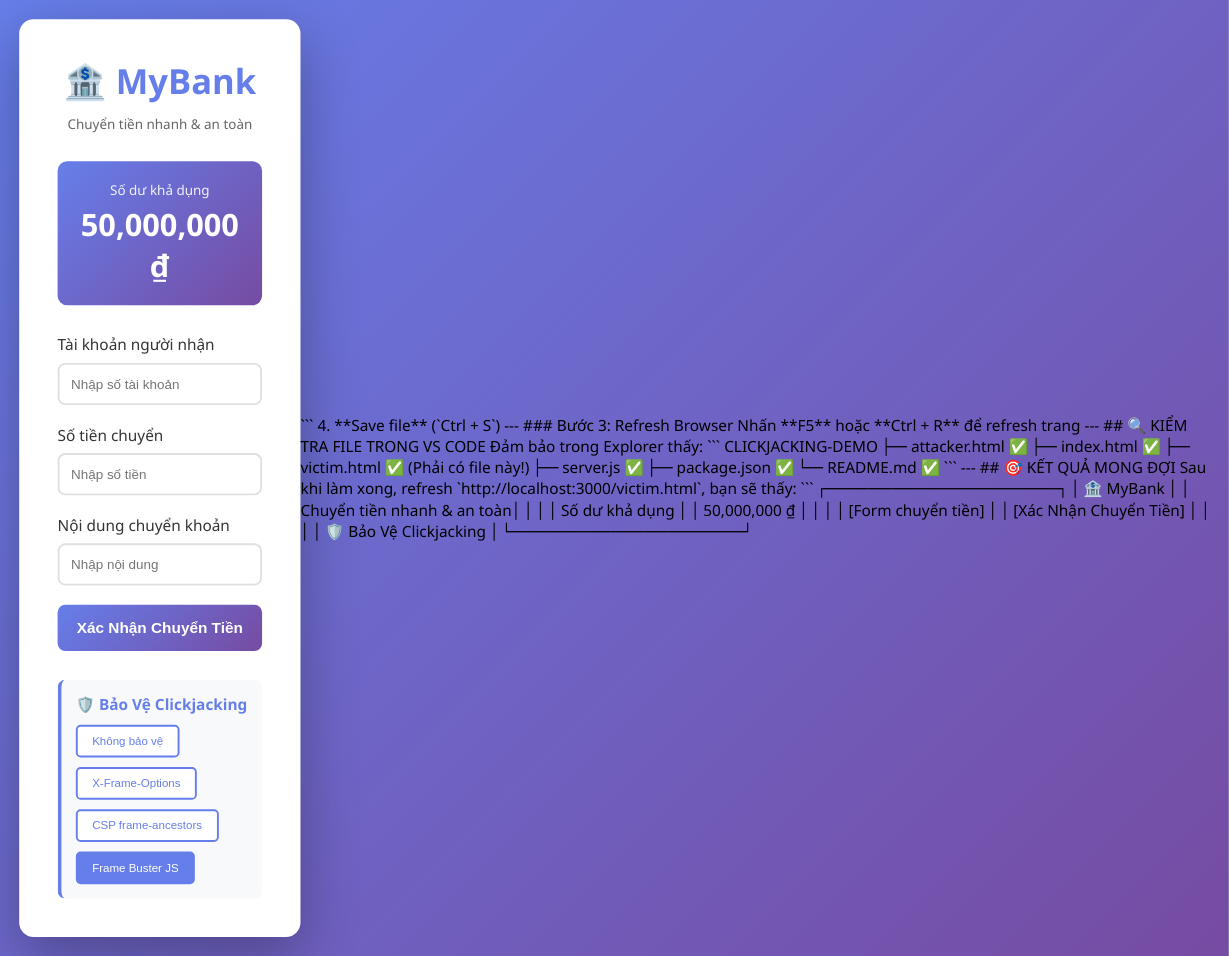
Repository: Thu-art/clickjacking
Page: victim.html
These files come from the project's save history. The page is drawn as it stood at one moment and after the next save; the edit follows.
The browser window is 1280 px wide. The pictures show the whole page, at 96% of full size.

Above is the page before, as saved 2025-11-04 15:47:20.

After the next save:
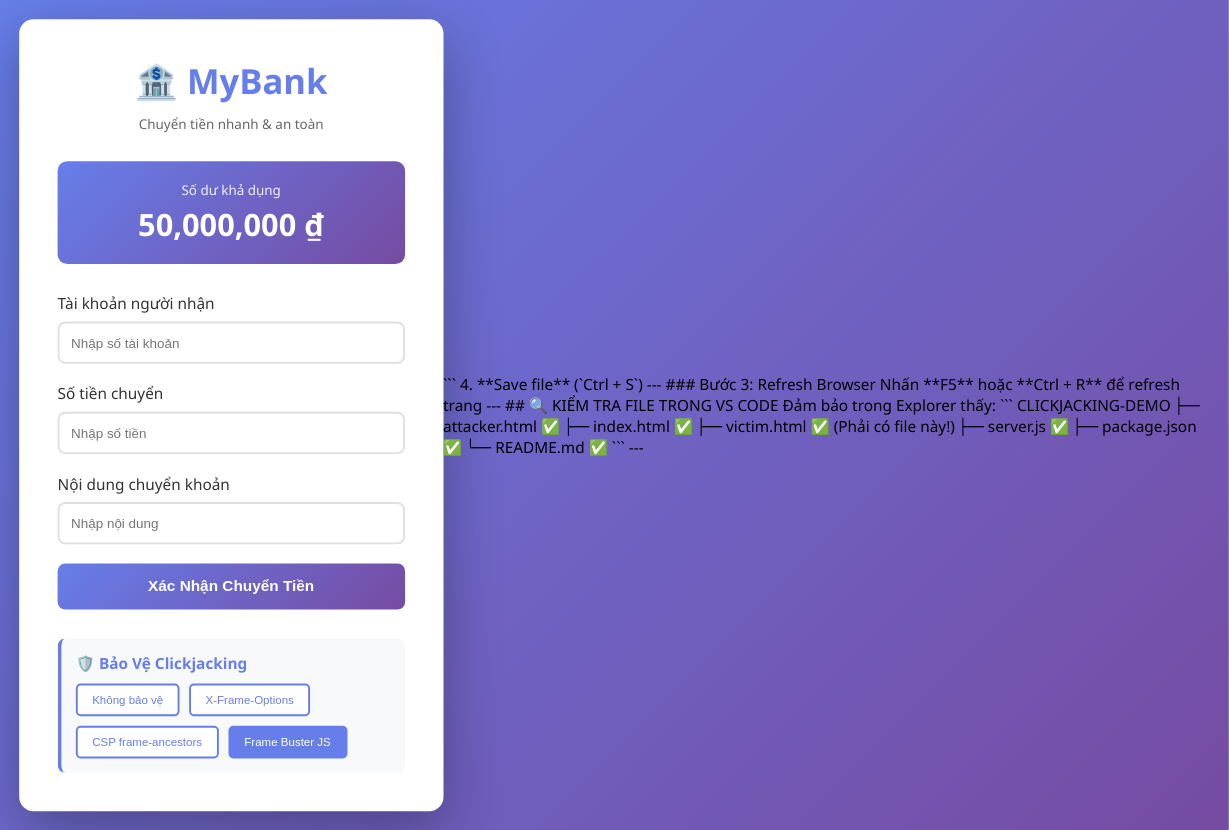
Saved 14 s later.
--- a/victim.html
+++ b/victim.html
@@ -334,20 +334,3 @@ CLICKJACKING-DEMO
 ```
 
 ---
-
-## 🎯 KẾT QUẢ MONG ĐỢI
-
-Sau khi làm xong, refresh `http://localhost:3000/victim.html`, bạn sẽ thấy:
-```
-┌────────────────────────────┐
-│      🏦 MyBank             │
-│  Chuyển tiền nhanh & an toàn│
-│                            │
-│  Số dư khả dụng            │
-│   50,000,000 ₫             │
-│                            │
-│  [Form chuyển tiền]        │
-│  [Xác Nhận Chuyển Tiền]    │
-│                            │
-│  🛡️ Bảo Vệ Clickjacking    │
-└────────────────────────────┘
